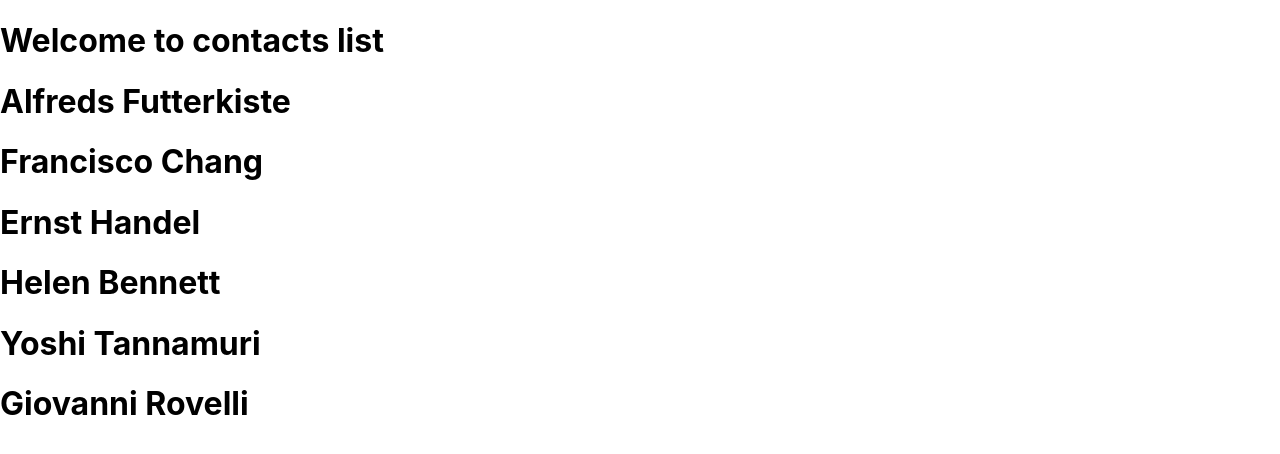
Repository: emorilebo/next-linkedin-training
Page: /contact
The author's editor kept a copy of each file at every save. The page is drawn from the files as they stood at one save, then again after the next save.
The browser window is 1280 px wide. The pictures show the whole page.
The project was rebuilt for these pictures with package versions that can differ from the ones it lists, and the page was loaded fresh each time. The framework's server and built-in components were replaced by stand-ins that run in the browser. Also part of the build but not shown: next.config.js.

Above is the page before, as saved 2022-12-26 07:50:55.

### pages/contact/index.js
import React from "react";
import contacts from "../api/contacts";

export default function ContactsList() {

  return <div>
    <h1>Welcome to contacts list</h1>
    <div>{contacts.map(contact =>(
        <h1>{contact.name}</h1>
    ))}</div>
  </div>;
}

### pages/api/contacts.js
export default [
    {
        id: 'alfreds-futterkiste',
        name:'Alfreds Futterkiste',
        country: 'Germany'
    },
    {
        id: 'francisco-chang',
        name:'Francisco Chang',
        country: 'Mexico'
    },
    {
        id: 'ernst-handel',
        name:'Ernst Handel',
        country: 'Austria'
    },
    {
        id: 'helen-bennett',
        name:'Helen Bennett',
        country: 'UK'
    },
    {
        id: 'yoshi-tannamuri',
        name:'Yoshi Tannamuri',
        country: 'Canada'
    },
    {
        id: 'giovanni-rovelli',
        name:'Giovanni Rovelli',
        country: 'Italy'
    }
]

Loaded but not shown: pages/_app.js (common file); styles/globals.css (common file)

After the next save:
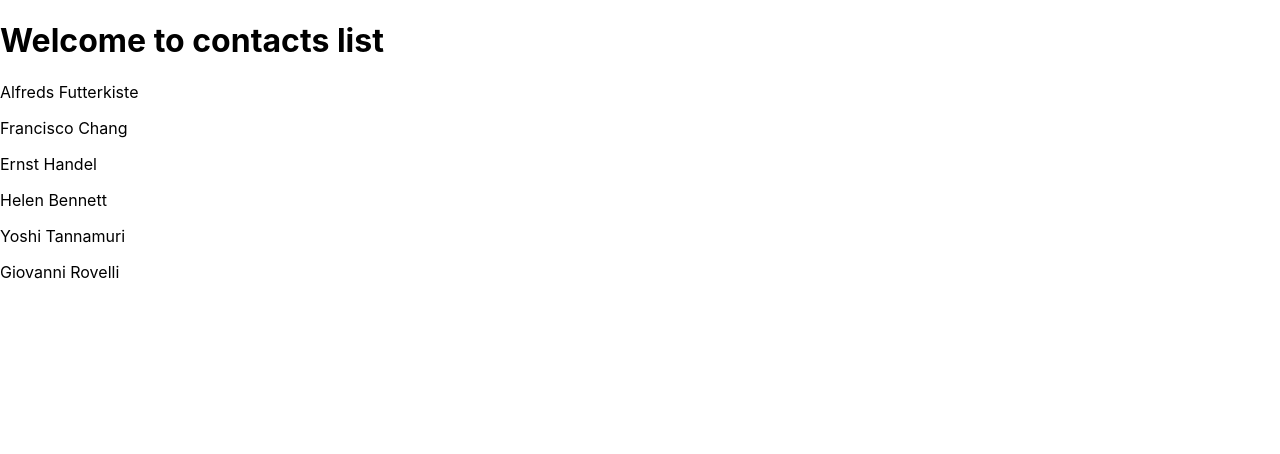
Saved 11 s later.
--- a/pages/contact/index.js
+++ b/pages/contact/index.js
@@ -6,7 +6,7 @@ export default function ContactsList() {
   return <div>
     <h1>Welcome to contacts list</h1>
     <div>{contacts.map(contact =>(
-        <h1>{contact.name}</h1>
+        <p>{contact.name}</p>
     ))}</div>
   </div>;
 }
